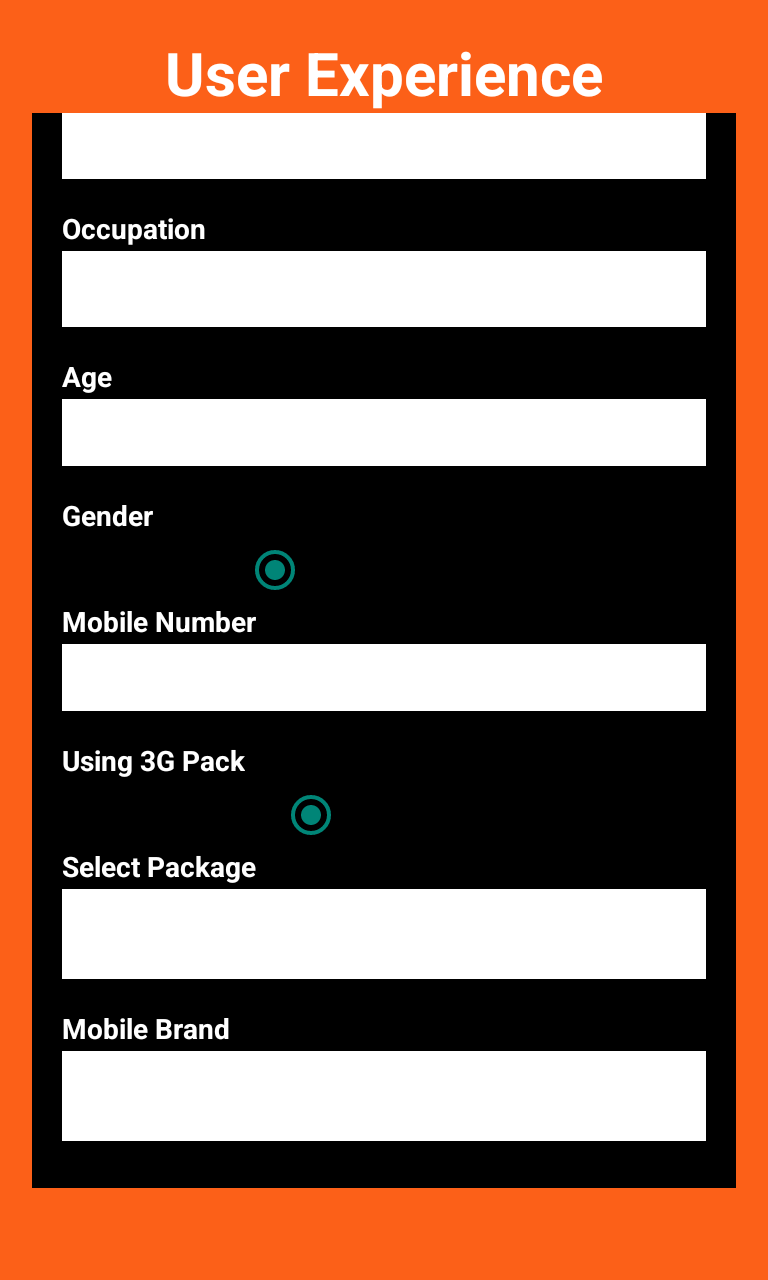
Repository: MushfiqurRahman/BLink3gApp
Layout: 3gExperience/res/layout/fragment_survey.xml
These files come from the project's save history. The layout is drawn as it stood at one moment and after the next save; the edit follows.
It is drawn on a 768 x 1280 px phone screen (xhdpi) without system bars, with theme AppTheme; the app's code is not run.

Above is the layout before, as saved 2014-05-20 19:07:00.

After the next save:
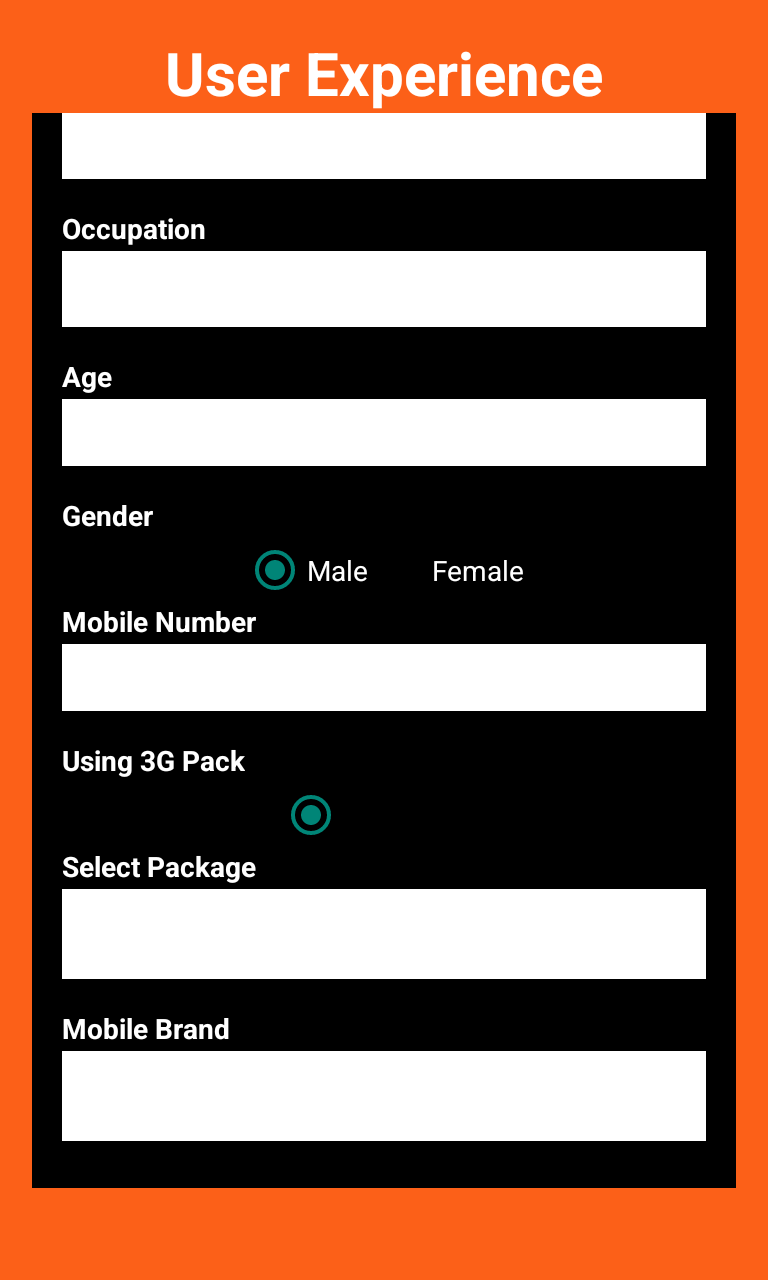
Saved 41 s later.
--- a/3gExperience/res/layout/fragment_survey.xml
+++ b/3gExperience/res/layout/fragment_survey.xml
@@ -149,13 +149,15 @@
                 android:layout_width="wrap_content"
                 android:layout_height="wrap_content"
                 android:checked="true"
+                android:textColor="#FFFFFF"
                 android:text="Male" />
 
             <RadioButton
                 android:id="@+id/radio1"
                 android:layout_width="wrap_content"
                 android:layout_height="wrap_content"
-                android:text="Female" />
+                android:text="Female"
+                android:textColor="#FFFFFF" />
         </RadioGroup>
 
                 <LinearLayout
